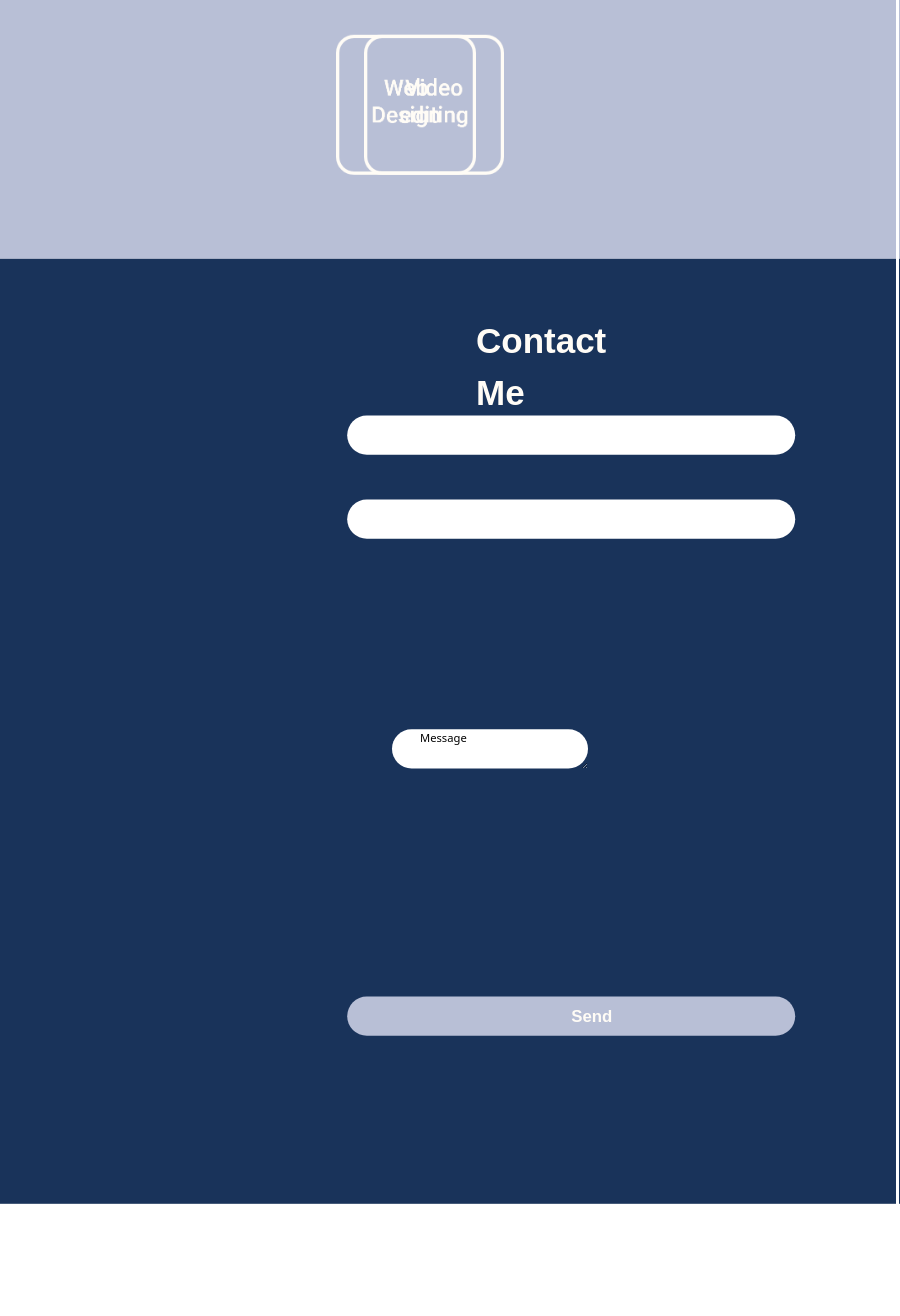
Repository: MEROO1010/my_portfolio
Page: /
An editor plug-in stored every save of this project. The page is shown before and after the next save, followed by the edit.
The browser window is 1280 px wide. The page is 1285 px wide, so the pictures cover 1285 px, including what lies to the right of the window. The pictures show the part of the page from y = 2614 to 4494 px (the page is 4494 px tall before and 4062 px after), at 70% of full size.
The project was rebuilt for these pictures with package versions that can differ from the ones it lists, and the page was loaded fresh each time. The framework's server and built-in components were replaced by stand-ins that run in the browser. Also part of the build but not shown: next.config.js.

Above is the page before, as saved 2023-04-10 00:00:27.

### pages/_app.tsx
import '../styles/globals.css'
import type { AppProps } from 'next/app'
import 'tailwindcss/tailwind.css'


function MyApp({ Component, pageProps }: AppProps) {
  return <Component {...pageProps} />
}

export default MyApp

### pages/index.tsx
import type { NextPage } from 'next'
import AboutMe from './components/AboutMe'
import ContactMe from './components/ContactMe'
import Experience from './components/Experience'
import HomePage from './components/HomePage'
import Services from './components/Services'

const Home: NextPage = () => {
  return (
    <div>
      <HomePage/>
      <AboutMe/>
      <Experience/>
      <Services/>
      <ContactMe/>
    </div>
  )
}

export default Home

### styles/globals.css
@tailwind base;
@tailwind components;
@tailwind utilities;
@import url('https://fonts.googleapis.com/css2?family=Raleway:ital,wght@0,400;0,500;0,600;0,700;1,500;1,600&display=swap')

### pages/components/AboutMe.tsx
import React from 'react'
import Image from 'next/image'


const AboutMe = () => {
  return (
    <div >


        <div className="  relative my-80 pt-80  top-40  ">
        <Image src="/assets/images/bg2.png" alt="laptop" width={1920} height={5106}/>
        </div>



        <div className=" text-[#FFFCF6] relative right-20 bottom-40     ">
            <div className=" absolute  mx-60 my-2 py-80 bottom-80  left-24
 ">
            <h1 className="  font-raleway font-bold  text-[50px]">About me</h1>
            <br/>
            </div>
            <div className="absolute  mx-24  bottom-40 left-24 ">
            <p className='font-raleway  font-medium   text-[50px]'>
            My name is Marwah Alsaggaf,<br/> and I'm software-developer <br/>
            and graphic designer. I <br/>
            graduated from Arab open <br/> university with a major in
             <br/> Information Technology and Computing
            </p>
            </div>
        </div>

    </div>
  )
}

export default AboutMe

### pages/components/ContactMe.tsx
import React from 'react'
import Form from './Form'


const ContactMe = () => {
  return (
    <div className=" relative py-80   bottom-40   bg-[#19335A]">
          <div className="h-100 ">
        <div>
          <h1 className= " absolute py-20 px-80 mx-10 top-0 left-80 font-raleway font-bold  text-[50px] text-[#FFFCF6]">Contact Me</h1>
       </div>
        <Form/>
        </div>
    </div>
  )
}

export default ContactMe

### pages/components/Experience.tsx
import React from "react";
import Image from "next/image";
import { motion } from "framer-motion";

const Experience = () => {
  return (
    <div className="relative py-0 bottom-40" >
      <div className="bg-[#19335A]">
        <div className="absolute px-80 py-20 mx-80 left-20  ">
          <h1 className="text-[#FFFCF6] text-[46px]  font-raleway font-bold ">
            Experience
          </h1>
        </div>
        <motion.div
          className="relative mx-80 px-60 top-80  left-80"
          whileHover={{ scale: 1.2, rotate: 360 }}
          whileTap={{
            scale: 0.8,
            rotate: -360,
            borderRadius: "100%",
          }}
        >
          <Image
            src="/assets/images/programming-languges.png"
            alt="laptop"
            width={542}
            height={542}
          />
        </motion.div>
        <div></div>

        <motion.div className="relative mx-10   px-20  bottom-48  left-8"
        whileHover={{ scale: 1.2, rotate: 360 }}
        whileTap={{
          scale: 0.8,
          rotate: -360,
          borderRadius: "100%",
        }}
        >
          <Image
            src="/assets/images/software.png"
            alt="laptop"
            width={542}
            height={542}
          />
        </motion.div>
      </div>
    </div>
  );
};

export default Experience;

### pages/components/HomePage.tsx
import React from 'react'
import Image from 'next/image'


const HomePage = () => {
  return (
    <div className='bg-slate-700'>
        <Image src="/header.png" alt="Header" width={2000} height={0}/>

        <div className='mx-16 my-0 top-4  absolute	  '>
        <Image src="/my_logo_white.png" alt="My Logo" width={54} height={0}/>
        </div>

        <div>
          <ul className=' relative   float-right flex flex-col  px-8 mx-40 right-28   bottom-16   space-x-16 md:flex-row text-[#FFFCF6] text-[28px] font-raleway'>
            <li>Home</li>
            <li>About Me</li>
            <li>Skills</li>
            <li>My Work</li>
            <li>Contact Me</li>
          </ul>
        </div>


       <div className=' absolute   '>
       <Image src="/assets/images/MainPage.png" alt="main image" width={1920} height={912}/>
        {/*add About Me button*/}
       <div className='absolute px-28 my-80 mx-60 left-80 top-32 '>
       <button className='bg-[#19335A] rounded-3xl w-60 h-10  text-[20px] text-[#B8BFD6] font-raleway font-semibold shadow-xl' >About me</button>
       </div>

        {/*add my others accounts list*/}

        <div>
          <ul className=' absolute   float-right flex flex-col top-80 py-60 px-40 mx-80 left-40   space-x-8 md:flex-row '>
            <li><a href='https://github.com/MEROO1010'><Image src="/assets/images/github.png" alt="main image" width={54} height={54}/></a></li>
            <li><a href='https://www.instagram.com/meroo_alsaggaf/'><Image src="/assets/images/instagram.png" alt="main image" width={64} height={53}/></a></li>
            <li><a href='https://www.behance.net/merooalsaggaf'><Image src="/assets/images/behance.png" alt="main image" width={54} height={54}/></a></li>
            <li><a href='https://www.linkedin.com/in/marwah-alsaggaf-ba44011b2/'><Image src="/assets/images/linkedIn.png" alt="main image" width={54} height={54}/></a></li>
          </ul>
        </div>
       </div>






    </div>
  )
}

export default HomePage

### pages/components/Services.tsx
import React from 'react'
import Square from './Square'
const Services = () => {
  return (
    <div className= " relative py-80  bottom-40   bg-[#B8BFD6]">
        <div className="h-40 ">
        <div>
          <h1 className= " absolute py-20 px-40 top-0 font-raleway font-bold  text-[50px] text-[#FFFCF6]">Service</h1>
       </div>
       <Square/>
        </div>
    </div>
  )
}

export default Services

### pages/components/Form.tsx
import React from 'react'

const Form = () => {
  return (
    <div>
        <input type="text" placeholder='Your Name' className=" relative  px-80 mx-80 bottom-24 left-44 h-14 w-0 rounded-full"/><br/>
        <input type="text" className=" relative  px-80 mx-80 bottom-8 left-44 h-14 w-0 rounded-full"/><br/>
        <textarea  className=" relative px-10 my-60 mx-60  left-80  w-200 h-14 rounded-full">Message</textarea>
        <button type="submit" className="relative px-80 mx-80 top-20 left-44 h-14 w-10 font-raleway text-[24px] font-semibold text-[#FFFCF6]  bg-[#B8BFD6] rounded-full">Send</button>

    </div>
  )
}

export default Form

### pages/components/Square.tsx
import React from 'react'
import Image from 'next/image'

const Square = () => {
  return (
    <div>
      {/*logo design*/}
       <div className="absolute py-40 mx-40 my-18 left-8 top-14 ">
       <Image src="/assets/images/logodesign.png" alt="laptop" width={200} height={200}/>
       </div>

        {/*programming*/}
       <div className="absolute py-60 px-40 mx-80 my-18 right-80 bottom-40 ">
       <Image src="/assets/images/programming.png" alt="laptop" width={200} height={200}/>
       </div>

       {/*ui-ux design*/}
       <div className="absolute py-60 mx-80 my-18 right-4 bottom-40 ">
       <Image src="/assets/images/uiux.png" alt="laptop" width={200} height={200}/>
       </div>

       {/*web design*/}
       <div className="absolute  mx-40 my-40 left-80 top-50 ">
       <Image src="/assets/images/webdesign.png" alt="laptop" width={200} height={200}/>
       </div>

       {/*video editing*/}
       <div className="absolute px-80 mx-20 my-40 right-40 top-50 ">
       <Image src="/assets/images/videoediting.png" alt="laptop" width={200} height={200}/>
       </div>
    </div>
  )
}

export default Square

### tailwind.config.js
/** @type {import('tailwindcss').Config} */
module.exports = {
   purge: ['./pages/**/*.{js,ts,jsx,tsx}', './components/**/*.{js,ts,jsx,tsx}'],
  content: [
    './pages/**/*.{js,ts,jsx,tsx}',
    './components/**/*.{js,ts,jsx,tsx}',
    './app/**/*.{js,ts,jsx,tsx}',
  ],
  theme: {
    extend:
    {
      fontFamily: {
        'raleway': ['Raleway', 'sans-serif']
      },
    },
  },
  plugins: [],
}

After the next save:
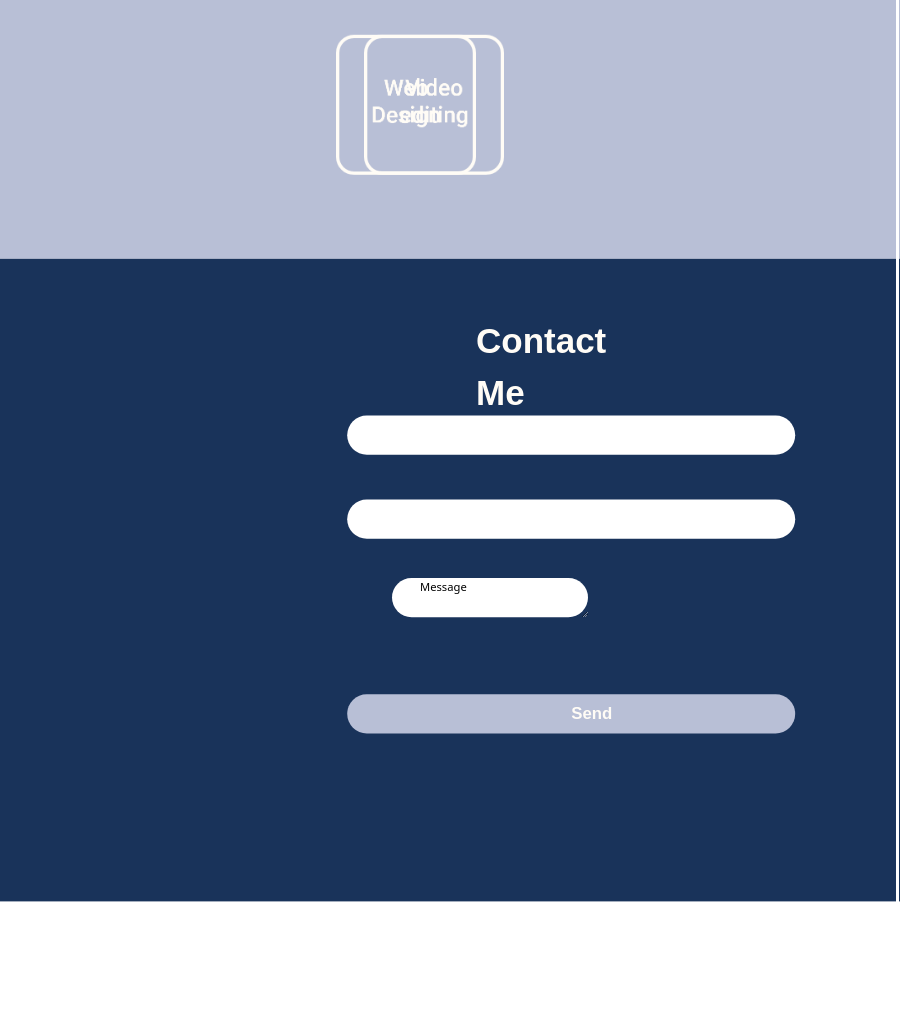
Saved 11 s later.
--- a/pages/components/Form.tsx
+++ b/pages/components/Form.tsx
@@ -5,7 +5,7 @@ const Form = () => {
     <div>
         <input type="text" placeholder='Your Name' className=" relative  px-80 mx-80 bottom-24 left-44 h-14 w-0 rounded-full"/><br/>
         <input type="text" className=" relative  px-80 mx-80 bottom-8 left-44 h-14 w-0 rounded-full"/><br/>
-        <textarea  className=" relative px-10 my-60 mx-60  left-80  w-200 h-14 rounded-full">Message</textarea>
+        <textarea  className=" relative px-10 my-6 mx-60  left-80  w-200 h-14 rounded-full">Message</textarea>
         <button type="submit" className="relative px-80 mx-80 top-20 left-44 h-14 w-10 font-raleway text-[24px] font-semibold text-[#FFFCF6]  bg-[#B8BFD6] rounded-full">Send</button>
 
     </div>
